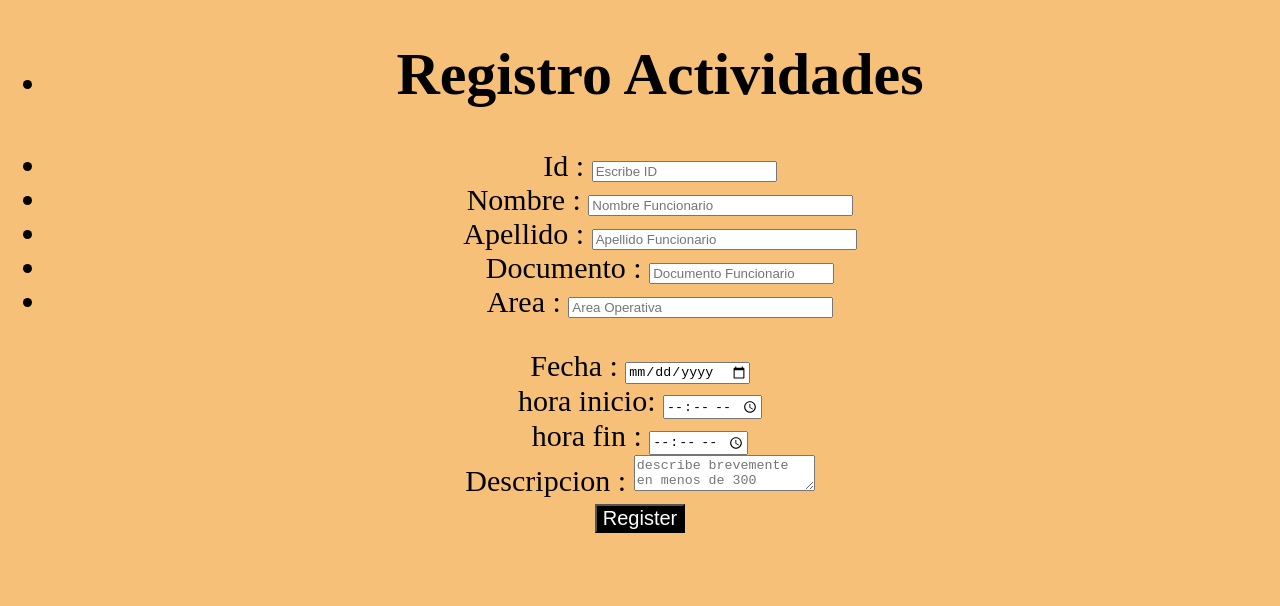
Repository: Yale2024/repo-registro-act
Page: templates/register.html
An editor plug-in stored every save of this project. The page is shown before and after the next save, followed by the edit.
The browser window is 1280 px wide. The pictures show the whole page.

Above is the page before, as saved 2024-09-15 07:50:46.

### templates/register.html
<!DOCTYPE html>
<html lang="en">

<head>
    <meta charset="UTF-8">
    <meta name="viewport" content="width=device-width, initial-scale=1.0">
    <link rel="stylesheet" href="static/css/styleRegister.css">
    <script src="static/js/appRegister.js"></script>
    <title>Web App</title>
</head>
<body></body>

    <form class="contact_form" action="/register_user" method="POST">
    <!-- <form method="POST"> -->
        <div>
            <ul>
                <li>
                    <h1>Registro Actividades</h1>
                </li>
                <li>
                    <label for="id">Id :</label>
                    <input type="number"  size="30" name="id" id="Id" placeholder="Escribe ID" required /> <br>
                </li>
                <li>
                    <label for="nombre">Nombre :</label>
                    <input type="text" size="30" name="nombre" id="nombre" placeholder="Nombre Funcionario" required /> <br>
                </li>
                <li>
                    <label for="apellido">Apellido :</label>
                    <input type="text" size="30" name="apellido" id="apellido" placeholder="Apellido Funcionario" required /> <br>
                </li>
                <li>
                    <label for="documento">Documento  :</label>
                    <input type="number" size="30" name="documento" id="documento" placeholder="Documento Funcionario" required /> <br>
                </li>
                <li>
                    <label for="are">Area      :</label>
                    <input type ="text" size="30" name="area" id="area" placeholder="Area Operativa" required /> <br>
                </li>
            </ul>
        </div>



        <label for="fecha">Fecha     :</label>
        <input type ="date" size="30" name="fecha" id="fecha" placeholder="AAAA-MM-DD" required /> <br>
        <label for="horai">hora inicio:</label>
        <input type ="time" size="30" name="horai" id="horai" placeholder="hh:mm" required /> <br>
        <label for="horaf">hora fin  :</label>
        <input type ="time" size="30" name="horaf" id="horaf" placeholder="hh:mm" required /> <br>
        <label for="mensaje">Descripcion   :</label>
        <textarea name="descripcion" size="300" for="descripcion" placeholder="describe brevemente en menos de 300 carácteres" maxlength="300"></textarea> <br>
        <button>Register</button>
        <!-- <button onclick="register_user()">Register</button> -->
        <!-- <input type="submit" name="enviar" value="enviar datos"/> -->
    </form>
</body>

### static/css/styleRegister.css
form{
    text-align: center;
    font-size: 30px;
}

body{
    background-color: #f7bb6dea;
}

button{
    background-color: black;
    color: white;
    font-size:  20px;
}

### static/js/appRegister.js
function register_user() {
    location.href= '/register_user'
}

After the next save:
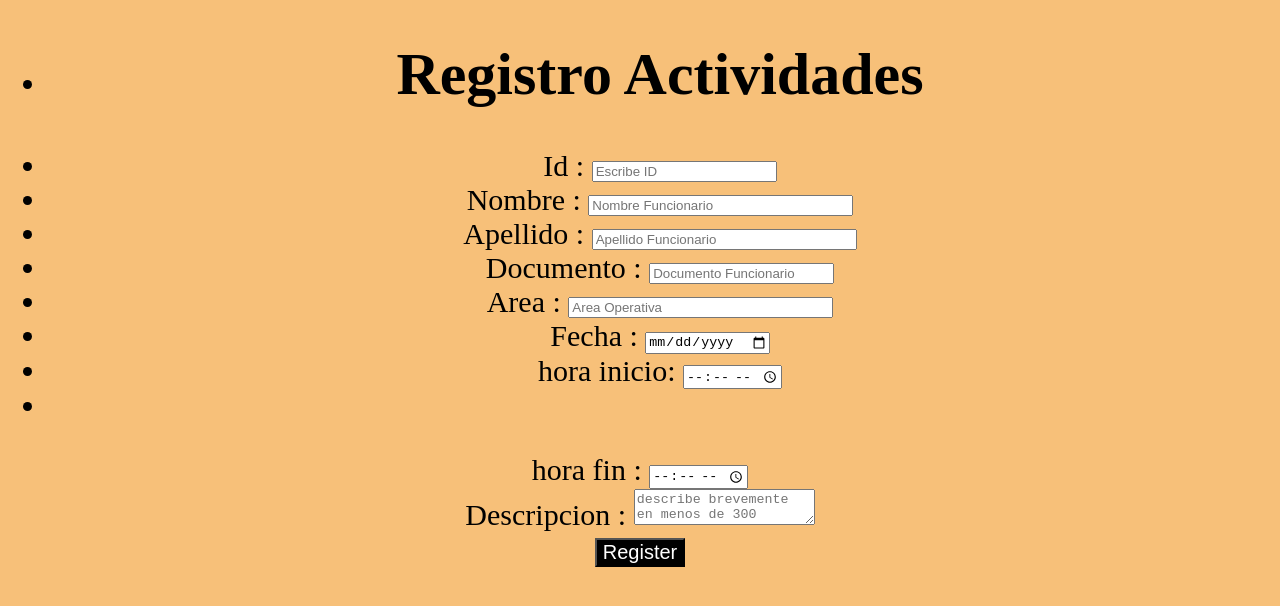
Saved 66 s later.
--- a/templates/register.html
+++ b/templates/register.html
@@ -37,15 +37,24 @@
                     <label for="are">Area      :</label>
                     <input type ="text" size="30" name="area" id="area" placeholder="Area Operativa" required /> <br>
                 </li>
+                <li>
+                    <label for="fecha">Fecha     :</label>
+                    <input type ="date" size="30" name="fecha" id="fecha" placeholder="AAAA-MM-DD" required /> <br>
+                </li>
+                <li>
+                    <label for="horai">hora inicio:</label>
+                    <input type ="time" size="30" name="horai" id="horai" placeholder="hh:mm" required /> <br>
+                </li>
+                <li>
+
+                </li>
             </ul>
         </div>
 
 
 
-        <label for="fecha">Fecha     :</label>
-        <input type ="date" size="30" name="fecha" id="fecha" placeholder="AAAA-MM-DD" required /> <br>
-        <label for="horai">hora inicio:</label>
-        <input type ="time" size="30" name="horai" id="horai" placeholder="hh:mm" required /> <br>
+
+
         <label for="horaf">hora fin  :</label>
         <input type ="time" size="30" name="horaf" id="horaf" placeholder="hh:mm" required /> <br>
         <label for="mensaje">Descripcion   :</label>
